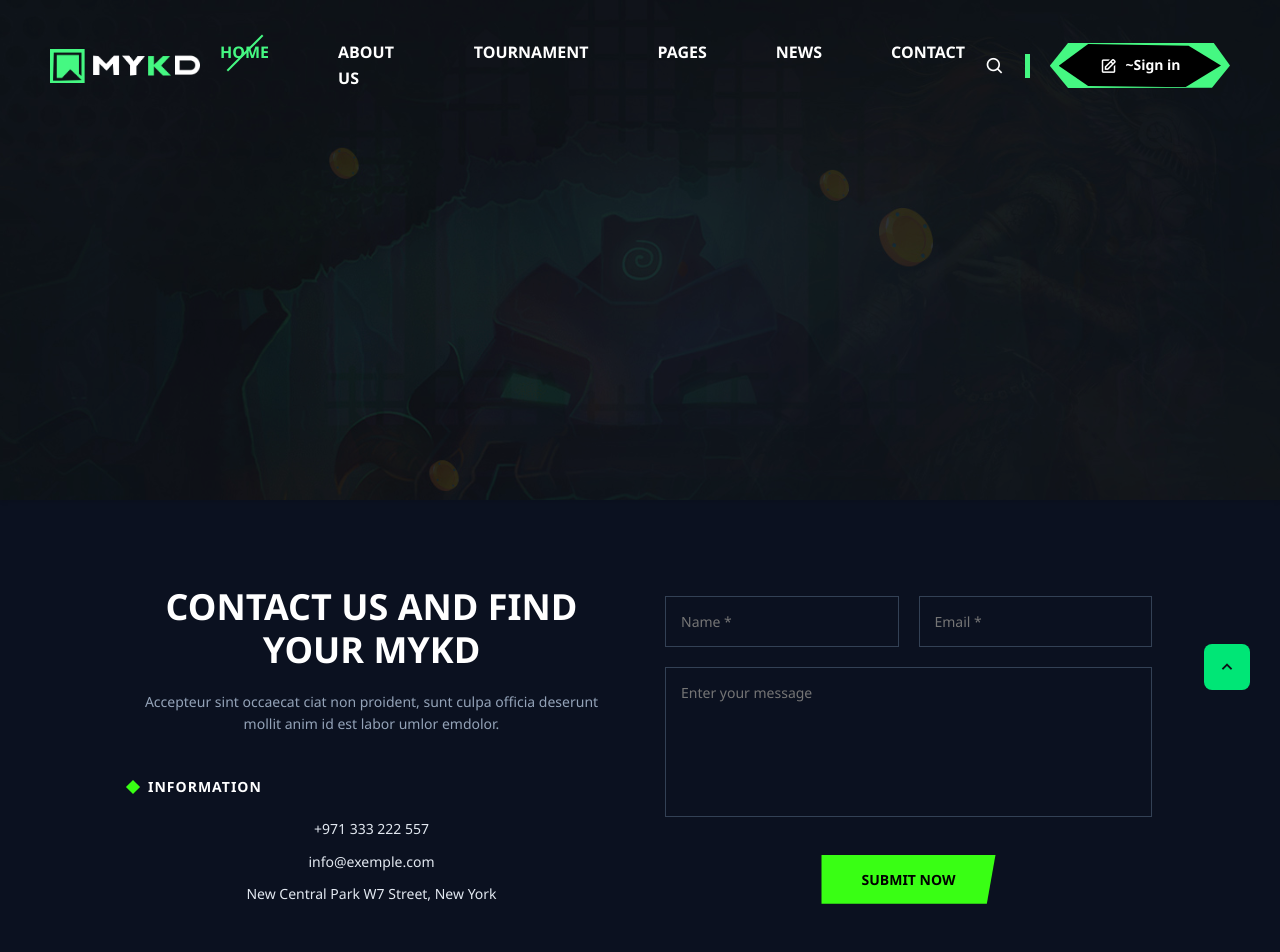
Repository: elfahl52/-MYKD-eSport-and-Gaming
Page: contact.html
The author's editor kept a copy of each file at every save. The page is drawn from the files as they stood at one save, then again after the next save.
The browser window is 1280 px wide. The pictures show the part of the page from y = 0 to 952 px (the page is 1882 px tall).
Some web fonts or font styles are not loaded; a fallback is used.

Above is the page before, as saved 2026-06-11 08:21:09.

After the next save:
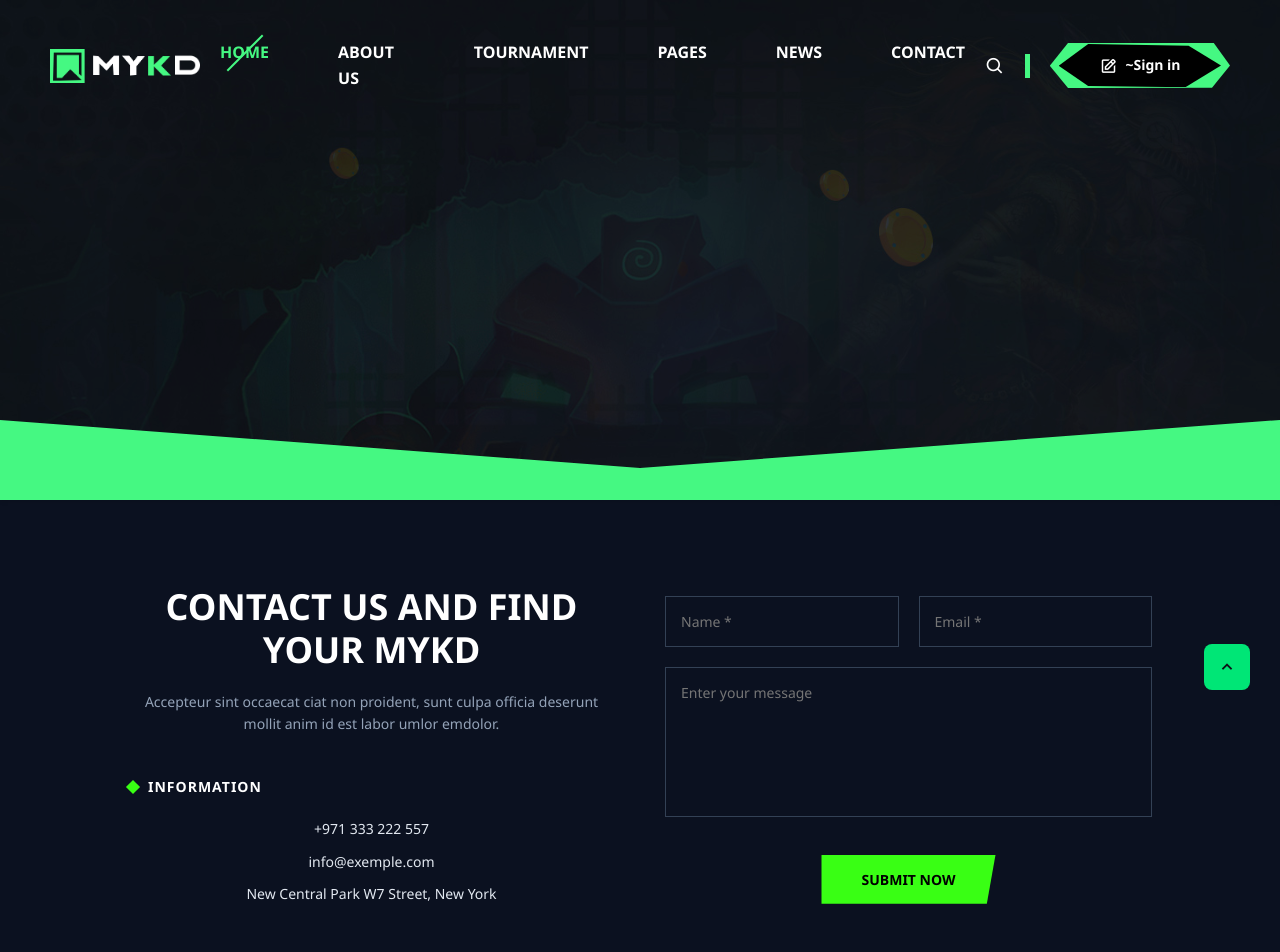
Saved 23 s later.
--- a/contact.html
+++ b/contact.html
@@ -331,6 +331,8 @@
 
         <!-- Overlay for mobile menu -->
         <div class="mobile-overlay" id="mobileOverlay"></div>
+           <!--  NEW: Green Divider with Clip-Path -->
+        <div class="header-divider"></div>
     </header>
     <!-- end header -->
 
